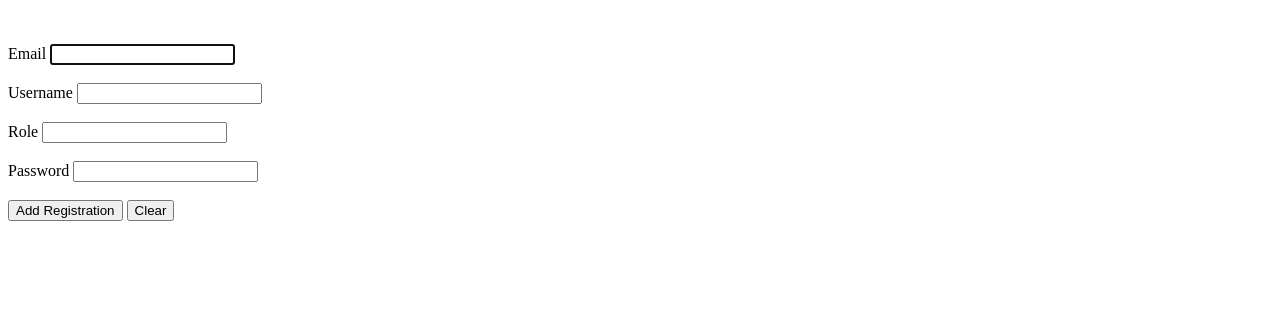
Repository: Minisandu/E-commerce-System
Page: http://localhost/paf_project/addRegistration
An editor plug-in stored every save of this project. The page is shown before and after the next save, followed by the edit.
The browser window is 1280 px wide. The pictures show the whole page.
The page is served by Tomcat 9.

Above is the page before, as saved 2019-05-19 16:49:33.

After the next save:
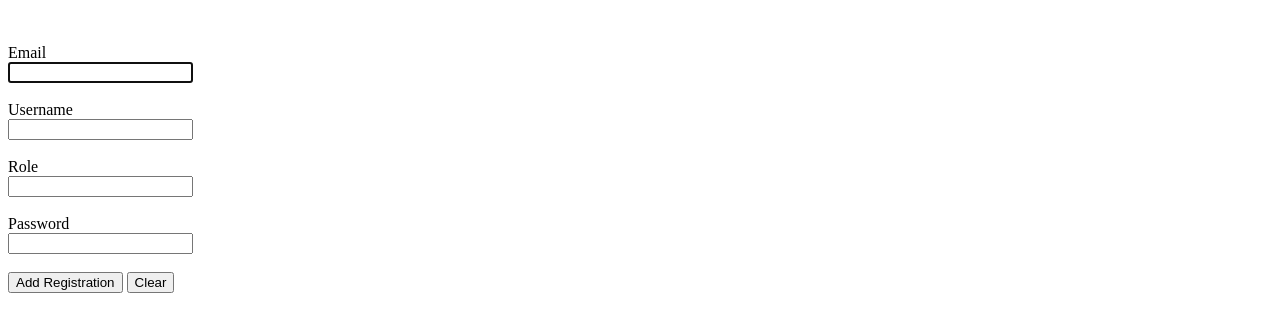
Saved 10 s later.
--- a/paf_project/paf_project/src/main/webapp/WEB-INF/views/addRegistration.jsp
+++ b/paf_project/paf_project/src/main/webapp/WEB-INF/views/addRegistration.jsp
@@ -16,24 +16,24 @@
 				<br><br>
 
 
-			Email
+			Email<br>
 			<form:input type="text" path="email" class="form-control"
 				name="email" required="required" autofocus="autofocus" />
 				<br><br>
 
 
-			Username
+			Username<br>
 			<form:input type="text" path="username" class="form-control"
 				name="username" required="required" autofocus="autofocus" />
 				<br><br>
 
-			Role
+			Role<br>
 			<form:input type="text" path="role" class="form-control"
 				name="role" required="required" autofocus="autofocus" />
 					<br><br>
 
 
-			Password
+			Password<br>
 			<form:input type="text" path="password" class="form-control"
 				name="password" required="required" autofocus="autofocus" />
 					<br><br>
